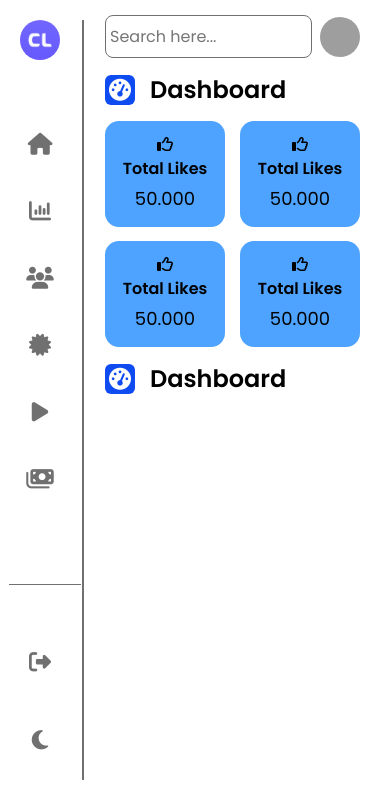
Repository: phamngocthang/practice-html-css
Page: Admin/dist/index.html
An editor plug-in stored every save of this project. The page is shown before and after the next save, followed by the edit.
The browser window is 375 px wide. The pictures show the whole page.
Pictures or frames that could not be fetched are drawn as grey boxes. The style sheet was rebuilt from its Sass, Less or Tailwind sources for each picture, by a compiler version that may differ from the author's.

Above is the page before, as saved 2023-10-25 14:08:32.

### Admin/dist/index.html
<!DOCTYPE html>
<html lang="en">
<head>
    <meta charset="UTF-8">
    <meta name="viewport" content="width=device-width, initial-scale=1.0">
    <title>Document</title>
    <link rel="stylesheet" href="style/main.css">
    <link rel="stylesheet" href="https://cdnjs.cloudflare.com/ajax/libs/font-awesome/6.4.2/css/all.min.css" integrity="sha512-z3gLpd7yknf1YoNbCzqRKc4qyor8gaKU1qmn+CShxbuBusANI9QpRohGBreCFkKxLhei6S9CQXFEbbKuqLg0DA==" crossorigin="anonymous" referrerpolicy="no-referrer" />
</head>
<body>
    <nav>
        <div class="logo">
            <div class="logo__image">
                <img src="/Images/logo.png" alt="">
            </div>

            <span class="logo__name">
                E-LEARNING
            </span>
        </div>

        <div class="menu">
            <ul class="menu__link">
                <li class="menu__link__item"><a href="#">
                    <i class="fa-solid fa-house"></i>
                    <span>Dashboard</span>
                </a></li>
                <li class="menu__link__item"><a href="#">
                    <i class="fa-solid fa-chart-column"></i>
                    <span>Analytics</span>
                </a></li>
                <li class="menu__link__item"><a href="#">
                    <i class="fa-solid fa-users"></i>
                    <span>Users</span>
                </a></li>
                <li class="menu__link__item"><a href="#">
                    <i class="fa-solid fa-certificate"></i>
                    <span>Category</span>
                </a></li>
                <li class="menu__link__item"><a href="#">
                    <i class="fa-solid fa-play"></i>
                    <span>Courses</span>
                </a></li>
                <li class="menu__link__item"><a href="#">
                    <i class="fa-solid fa-money-bills"></i>
                    <span>Profit</span>
                </a></li>
            </ul>

            <ul class="menu__link">
                <li class="menu__link__item"><a href="#">
                    <i class="fa-solid fa-right-from-bracket"></i>
                    <span>Logout</span>
                </a></li>

                <li class="menu__link__item menu__link__item--darkmode"><a href="#">
                        <i class="fa-solid fa-moon"></i>
                        <span>Dark Mode</span>
                        <div class="menu__toggle">
                            <span class="menu__switch"></span>
                        </div>
                    </a>
                </li>
            </ul>
        </div>
    </nav>

    <section class="dashboard">
        <div class="top">
            <i class="fa-solid fa-bars top__bar"></i>
            <div class="top__search-box">
                <i class="fa-solid fa-magnifying-glass"></i>
                <input type="text" placeholder="Search here...">
            </div>
            <div class="top__image">
                <i class="fa-solid fa-bell bell"></i>
                <img src="/Images/avatar.jpg" alt="">
            </div>
        </div>

        <div class="content">
            <div class="overview">
                <div class="title">
                    <div class="title__logo">
                        <i class="fa-solid fa-gauge-high"></i>
                    </div>
                    <h1 class="title__name">Dashboard</h1>
                </div>

                <div class="data">
                    <div class="data__box">
                        <i class="fa-regular fa-thumbs-up data__box__icon"></i>
                        <h3 class="data__box__title">Total Likes</h3>
                        <span class="data__box__number">50.000</span>
                    </div>
                    <div class="data__box">
                        <i class="fa-regular fa-thumbs-up data__box__icon"></i>
                        <h3 class="data__box__title">Total Likes</h3>
                        <span class="data__box__number">50.000</span>
                    </div>
                    <div class="data__box">
                        <i class="fa-regular fa-thumbs-up data__box__icon"></i>
                        <h3 class="data__box__title">Total Likes</h3>
                        <span class="data__box__number">50.000</span>
                    </div>
                    <div class="data__box">
                        <i class="fa-regular fa-thumbs-up data__box__icon"></i>
                        <h3 class="data__box__title">Total Likes</h3>
                        <span class="data__box__number">50.000</span>
                    </div>
                </div>
            </div>

            <div class="activity">
                <div class="title">
                    <div class="title__logo">
                        <i class="fa-solid fa-gauge-high"></i>
                    </div>
                    <h1 class="title__name">Dashboard</h1>
                </div>
            </div>
        </div>
    </section>

    <script src="script.js">

    </script>
</body>
</html>

### Admin/dist/script.js
const body = document.querySelector("body");
const modeTogger = document.querySelector(".menu__toggle");
const sideBar = body.querySelector("nav")
const sideBarToggle = body.querySelector(".top__bar");

modeTogger.addEventListener("click", () => {
    body.classList.toggle("dark")
})

sideBarToggle.addEventListener("click", () => {
    sideBar.classList.toggle("close");
})

### Admin/scss/main.scss
@import url('https://fonts.googleapis.com/css2?family=Poppins:wght@200;300;400;500;600&display=swap');
@import 'variables';
* {
    margin: 0;
    padding: 0;
    box-sizing: border-box;
    font-family: 'Poppins', sans-serif;
}

body {
    --primary-color: #{$primary-color};
    --panel-color: #{$panel-color};
    --text-color: #{$text-color};
    --black-light-color: #{$black-light-color};
    --border-color: #{$border-color};
    --toggle-color: #{$toggle-color};
    --box1-color: #{$box1-color};
    --box2-color: #{$box2-color};
    --box3-color: #{$box3-color};
    --title-icon-color: #{$title-icon-color};
    min-height: 100vh;
}

body.dark {
    --primary-color: #3A3B3C;
    --panel-color: #242526;
    --text-color: #FFF;
    --black-light-color: #CCC;
    --border-color: #4D4C4C;
    --toggle-color: #FFF;
    --box1-color: #3A3B3C;
    --box2-color: #3A3B3C;
    --box3-color: #3A3B3C;
    --title-icon-color: #CCC;

    .menu__switch::before {
        left: 20px !important;
    }
}

nav {
    position: fixed;
    width: 250px;
    height: 100%;
    top: 0;
    left: 0;
    background-color: var(--panel-color);
    transition: $tran-05;

    .logo {
        display: flex;
        align-items: center;
        height: 80px;

        &__image {
            min-width: 45px;
            display: flex;
            align-items: center;
            padding-right: 10px;
            min-width: 80px;
            justify-content: flex-end;

            img {
                width: 40px;
                border-radius: 50%;
                object-fit: cover;
            }

        }

        &__name {
            color: var(--text-color);
            font-weight: 600;
            font-size: 22px;
            flex: 1;
            transition: $tran-05;
            white-space: nowrap;
        }
    }

    .menu {
        height: 100%;
        padding: 30px 0px 30px 20px;
        position: relative;


        &::after {
            content: '';
            left: 50%;
            top: 63%;
            width: 80%;
            height: 0.5px;
            transform: translateX(-50%);
            background-color: var(--black-light-color);
            position: absolute;
        }

        &__link {
            list-style: none;
            display: flex;
            flex-direction: column;
            align-items: flex-start;


            &:nth-child(1) {
                height: 70%;
            }


            &__item {
                padding: 20px 0;

                a {
                    text-decoration: none;
                    color: var(--black-light-color);
                    font-size: 18px;
                    display: flex;
                    align-items: center;
                    position: relative;
                    transition: 0.4 ease all;

                    i {
                        min-width: 60px;
                        text-align: center;
                        font-size: 22px;
                    }

                    span {
                        font-weight: 400;
                        transition: $tran-05;
                        white-space: nowrap;
                    }

                    &:hover {
                        color: var(--primary-color);

                        &::before {
                            content: '';
                            width: 5px;
                            height: 5px;
                            border-radius: 50%;
                            background-color: var(--primary-color);
                            position: absolute;
                            transition: 0.4 ease all;
                        }
                    }
                }
            }

            &__item--darkmode {
                display: flex;
                align-items: center;


                .menu__toggle {
                    margin-left: 20px;
                    height: 50px;
                    min-width: 45px;
                    display: flex;
                    align-items: center;
                    justify-content: center;

                    .menu__switch {
                        display: inline-block;
                        border-radius: 25px;
                        position: relative;
                        height: 22px;
                        width: 40px;
                        background-color: var(--toggle-color);

                        &::before {
                            content: '';
                            width: 15px;
                            height: 15px;
                            position: absolute;
                            background-color: var(--title-icon-color);
                            border-radius: 50%;
                            left: 3px;
                            top: 50%;
                            transform: translateY(-50%);
                            transition: $tran-03;
                        }
                    }
                }
            }
        }
    }


}

nav.close {
    width: 90px;

    .menu__link__item {
        span {
            opacity: 0;
            pointer-events: none;
        }
    }

    .logo__name {
        opacity: 0;
        pointer-events: none;
    }

    & ~ .dashboard {
        left: 90px;
        width: calc(100% - 90px);
    }
}

.dashboard {
    background-color: var(--panel-color);
    width: calc(100% - 250px);
    left: 250px;
    min-height: 100vh;
    position: relative;
    padding: 15px 30px 40px;
    transition: $tran-05;

    &::before {
        content: '';
        width: 2px;
        height: 95%;
        background-color: var(--black-light-color);
        left: 0;
        top: 50%;
        transform: translateY(-50%);
        position: absolute;
    }

    .top {
        height: 10%;
        display: flex;
        align-items: center;
        justify-content: space-between;

        i {
            font-size: 24px;
            color: var(--black-light-color);
        }

        &__bar {
            cursor: pointer;
        }

        &__search-box {
            flex: 1;
            width: 100%;
            padding: 8px;
            border-radius: 8px;
            border: 0.4px solid var(--black-light-color);
            margin: 0 30px;
            display: flex;
            align-items: center;

            i {
                font-size: 24px;
                padding: 0 16px 0 8px;
                color: var(--black-light-color);
            }

            input {
                font-size: 16px;
                outline: none;
                border: none;
                height: 100%;
                width: 100%;
                background-color: transparent;
                color: var(--text-color);
            }
        }

        &__image {
            display: flex;
            align-items: center;

            .bell {
                cursor: pointer;
                margin-right: 20px;
            }

            img {
                cursor: pointer;
                width: 40px;
                height: 40px;
                object-fit: cover;
                border-radius: 50%;
            }
        }
    }

    .content {
        margin-top: 40px;
            .title {
                display: flex;
                align-items: center;

                &__logo {
                    height: 30px;
                    width: 30px;
                    display: flex;
                    align-items: center;
                    justify-content: center;
                    background-color: var(--primary-color);
                    border-radius: 6px;
                    margin-right: 15px;

                    i {
                        font-size: 22px;
                        color: var(--panel-color);
                    }
                }

                &__name {
                    color: var(--text-color);
                }
            }

            .data {
                display: flex;
                flex-wrap: wrap;
                margin-top: 30px;
                margin-left: -32px;

                &__box {
                    border-radius: 14px;
                    margin-left: 32px;
                    width: calc(100% / 4 - 32px);
                    display: flex;
                    flex-direction: column;
                    align-items: center;
                    background-color: var(--box1-color);
                    color: var(--text-color);
                    padding: 15px 0;

                    &__icon {
                        font-size: 30px;
                    }

                    &__title {
                        margin: 4px 0;
                    }

                    &__number {
                        font-size: 30px;
                    }
                }
            }

            .activity {
                margin-top: 40px;
            }
    }
}


@media (max-width: 1000px) {
    nav {
        width: 90px;

        .menu__link__item {
            span {
                opacity: 0;
                pointer-events: none;
            }
        }

        .logo__name {
            opacity: 0;
            pointer-events: none;
        }

        & ~ .dashboard {
            left: 90px;
            width: calc(100% - 90px);
        }
    }
}

@media (max-width: 820px) {
    .dashboard {
        .content {
            .data {
                margin-top: 0;
                &__box {
                    width: calc(100% / 2 - 35px);
                    margin-top: 14px;

                    &__icon {
                        font-size: 22px;
                    }

                    &__number {
                        font-size: 24px;
                    }
                }

            }

            .activity {
                margin-top: 14px;
            }
        }
    }
}

@media (max-width: 500px) {
    nav {
        .logo {
            &__image {
                min-width: 70px;
            }
        }
        .menu {
            padding-left: 10px;
        }
    }
    .dashboard {
        &::before {
            left: -8px;
        }
        padding-left: 15px;
        padding-right: 15px;
        .top {
            i {
                display: none;
            }

            &__search-box {
                padding: 8px 4px;
                margin: 0;
                margin-right: 8px;
            }
        }
        .content {
            margin-top: 14px;
            .data {
                margin-left: -15px;
                &__box {
                    width: calc(100% / 2 - 15px);
                    margin-left: 15px;

                    &__icon {
                        font-size: 16px;
                    }

                    &__title {
                        font-size: 16px;
                    }

                    &__number {
                        font-size: 18px;
                    }
                }

            }

            .activity {
                margin-top: 14px;
            }
        }
    }
}

### Admin/scss/_variables.scss
/* ===== Colors ===== */
$primary-color: #0E4BF1;
$panel-color: #FFF;
$text-color: #000;
$black-light-color: #707070;
$border-color: #e6e5e5;
$toggle-color: #DDD;
$box1-color: #4DA3FF;
$box2-color: #FFE6AC;
$box3-color: #E7D1FC;
$title-icon-color: #fff;

/* ====== Transition ====== */
$tran-05: all 0.5s ease;
$tran-03: all 0.3s ease;
$tran-03: all 0.2s ease;

After the next save:
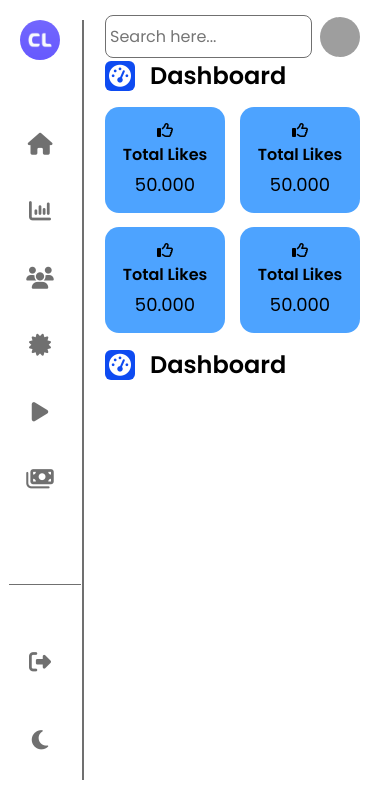
Saved 5 s later.
--- a/Admin/scss/main.scss
+++ b/Admin/scss/main.scss
@@ -435,7 +435,7 @@ nav.close {
             }
         }
         .content {
-            margin-top: 14px;
+            margin-top: 0px;
             .data {
                 margin-left: -15px;
                 &__box {
